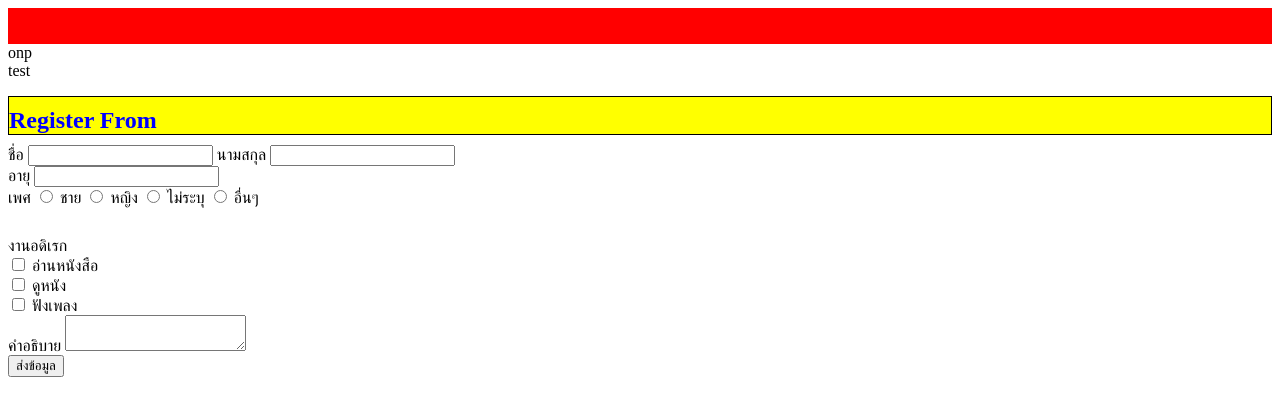
Repository: Onpreeya1/241-2567-820-
Page: index.html
An editor plug-in stored every save of this project. The page is shown before and after the next save, followed by the edit.
The browser window is 1280 px wide. The pictures show the whole page.

Above is the page before, as saved 2024-12-21 15:29:26.

### index.html
<!DOCTYPE html>
<html lang="en">

<head>
    <meta charset="UTF-8">
    <meta name="viewport" content="width=device-width, initial-scale=1.0">
    <title>Document</title>
    <style>
        /*  มีไว้ให้เดฟอ่าน 1 แต่งใคร  id ,class ,dom 2แต่งอะไร*/
        body {
            font-family: "kanit";
            src: url('Kanit (1)/Kanit-Regular.ttf');
        }

        #register {
            font-size: 24px;
            color: blue;
            font-weight: 800;
            padding-top: 10px;
            margin-bottom: 10px;
            background-color: yellow;
            border: 1px solid black;
        }

        .feom {
            display: block;
        }

        .gender {
            display: inline-block;
            height: 50px;
            flex-direction: row-reverse;
        }
     .box{
        height: 5vh;
        background-color: red;
     }
    </style>
</head>

<body>
    <div class="box"></div>
    <div class="right">
        onp
    </div>
    <div class="left">
        test
    </div>
    <!-- from -->
    <h1 id="register"> Register From</h1>
    <span class="header-from"> ชื่อ </span>
    <input type="text">
    นามสกุล
    <input type="text"> <br>
    อายุ
    <input type="number" min=" 0" max="100">
    <div>
        เพศ
        <div class="gender">
            <input name="grnder" type="radio"> ชาย
        </div>
        <div class="gender">
            <input name="grnder" type="radio"> หญิง
        </div>
        <div class="gender">
            <input name="grnder" type="radio"> ไม่ระบุ
        </div>
        <div class="gender">
            <input name="grnder" type="radio"> อื่นๆ
        </div>
        <div>
            งานอดิเรก
            <div>
                <input name="hobby" type="checkbox"> อ่านหนังสือ
            </div>
            <div>
                <input name="hobby" type="checkbox"> ดูหนัง
            </div>
            <div>
                <input name="hobby" type="checkbox"> ฟังเพลง
            </div>
        </div>
        <div>
            คำอธิบาย
            <textarea></textarea>
        </div>
        <button>ส่งข้อมูล</button>
</body>

</html>

After the next save:
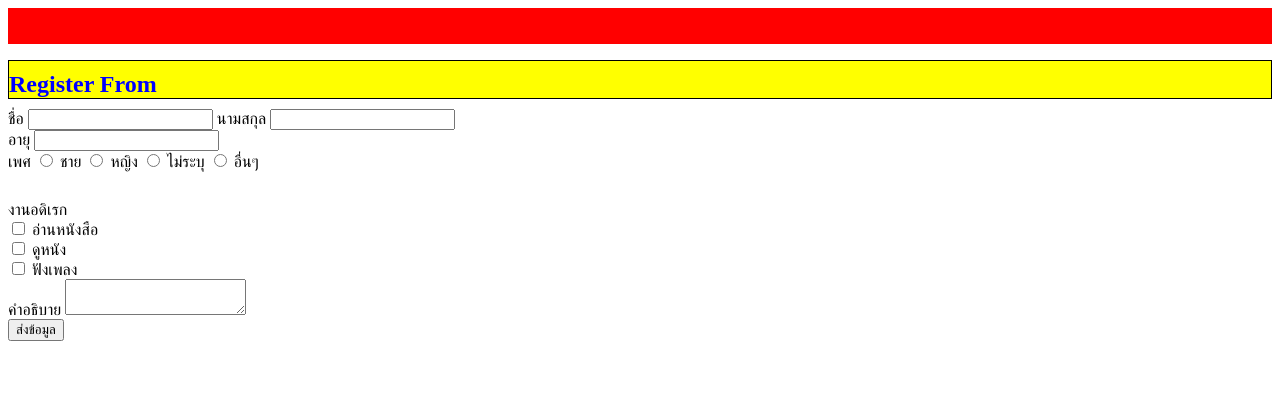
Saved 10 s later.
--- a/index.html
+++ b/index.html
@@ -41,10 +41,7 @@
 <body>
     <div class="box"></div>
     <div class="right">
-        onp
-    </div>
-    <div class="left">
-        test
+
     </div>
     <!-- from -->
     <h1 id="register"> Register From</h1>
